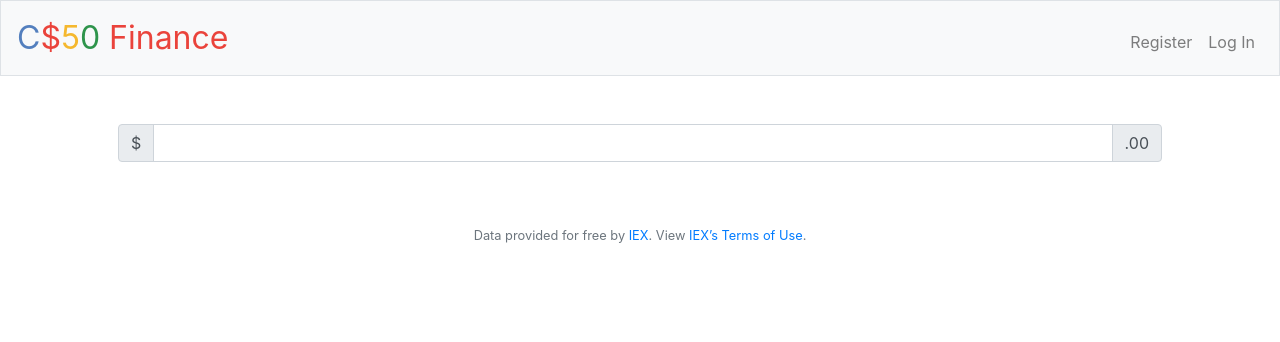
Repository: Ashu-r/finance_cs50
Page: pset8/finance/templates/cash.html
The author's editor kept a record of every edit. The page is drawn from the files as they stood at one moment, then again after the next edit.
The browser window is 1280 px wide. The pictures show the whole page.
The template is drawn by Flask 3. The application's start-up code is not run. The template is opened directly, without the code that normally fills it, so the values that code supplies are empty.

Above is the page before.

After the next edit:
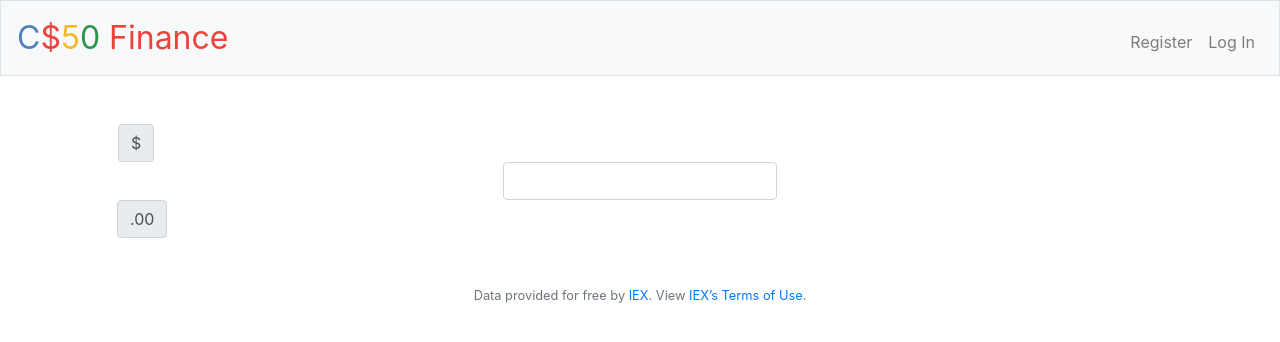
The edit:
--- a/pset8/finance/templates/cash.html
+++ b/pset8/finance/templates/cash.html
@@ -6,7 +6,6 @@
 
 {% block main %}
     <form action="/buy" method="post">
-        <div class="input-group mb-3">
           <div class="input-group-prepend">
             <span class="input-group-text">$</span>
           </div>
